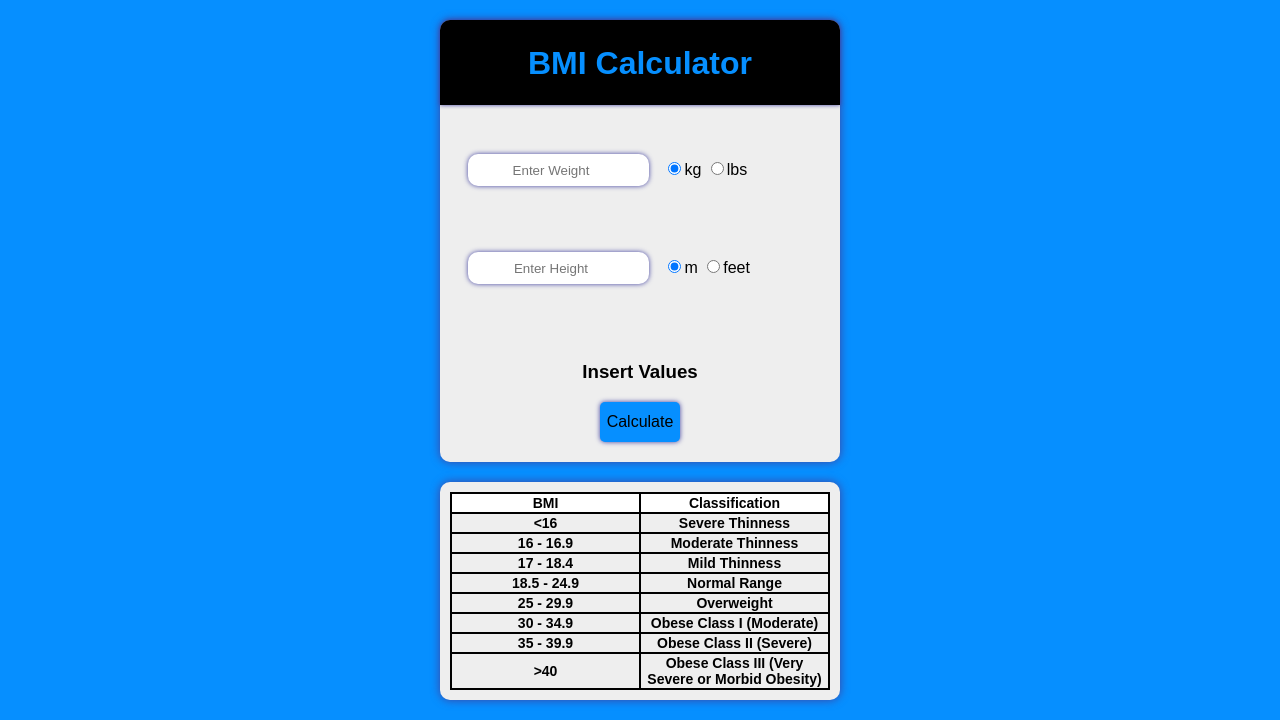
Repository: shayanabedi98/bmi-calculator
Page: index.html
These files come from the project's save history. The page is drawn as it stood at one moment and after the next save; the edit follows.
The browser window is 1280 px wide. The pictures show the whole page.

Above is the page before, as saved 2023-07-24 16:29:35.

After the next save:
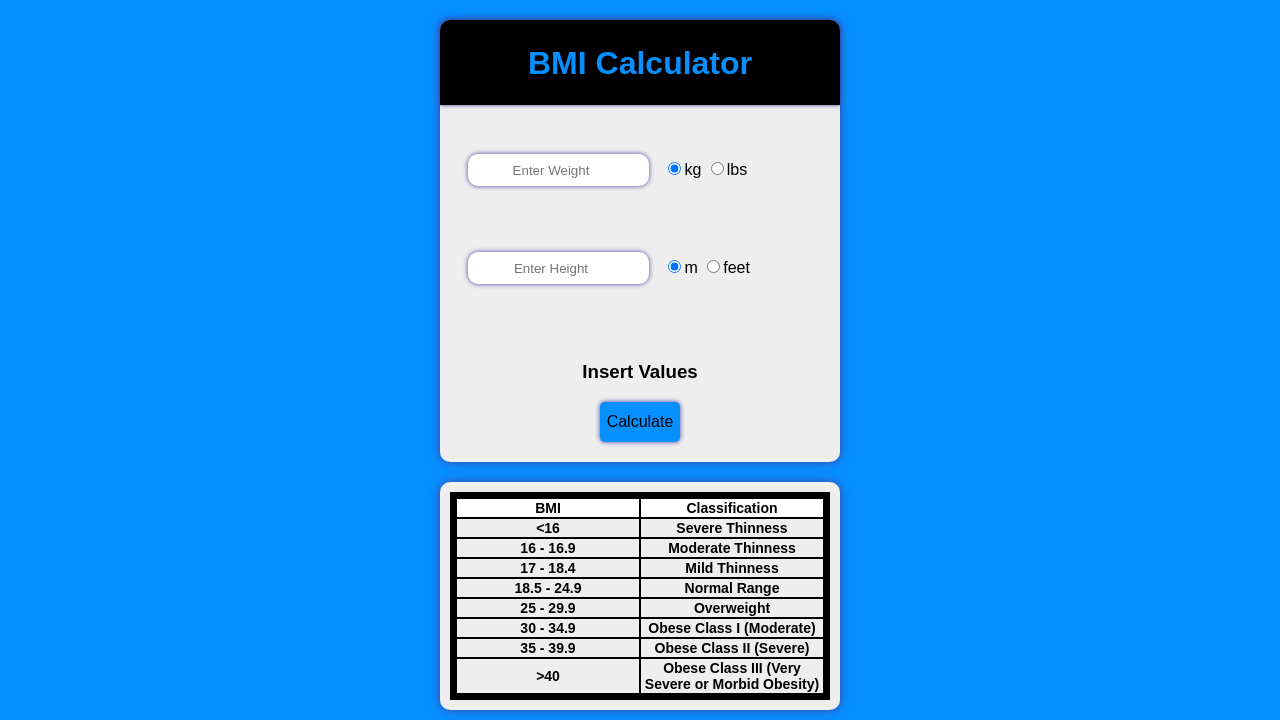
Saved 17 s later.
--- a/styles.css
+++ b/styles.css
@@ -37,6 +37,7 @@ h1 {
 table {
     width: 100%;
     font-size: 14px;
+    border: 5px solid;
 }
 
 .weight {
